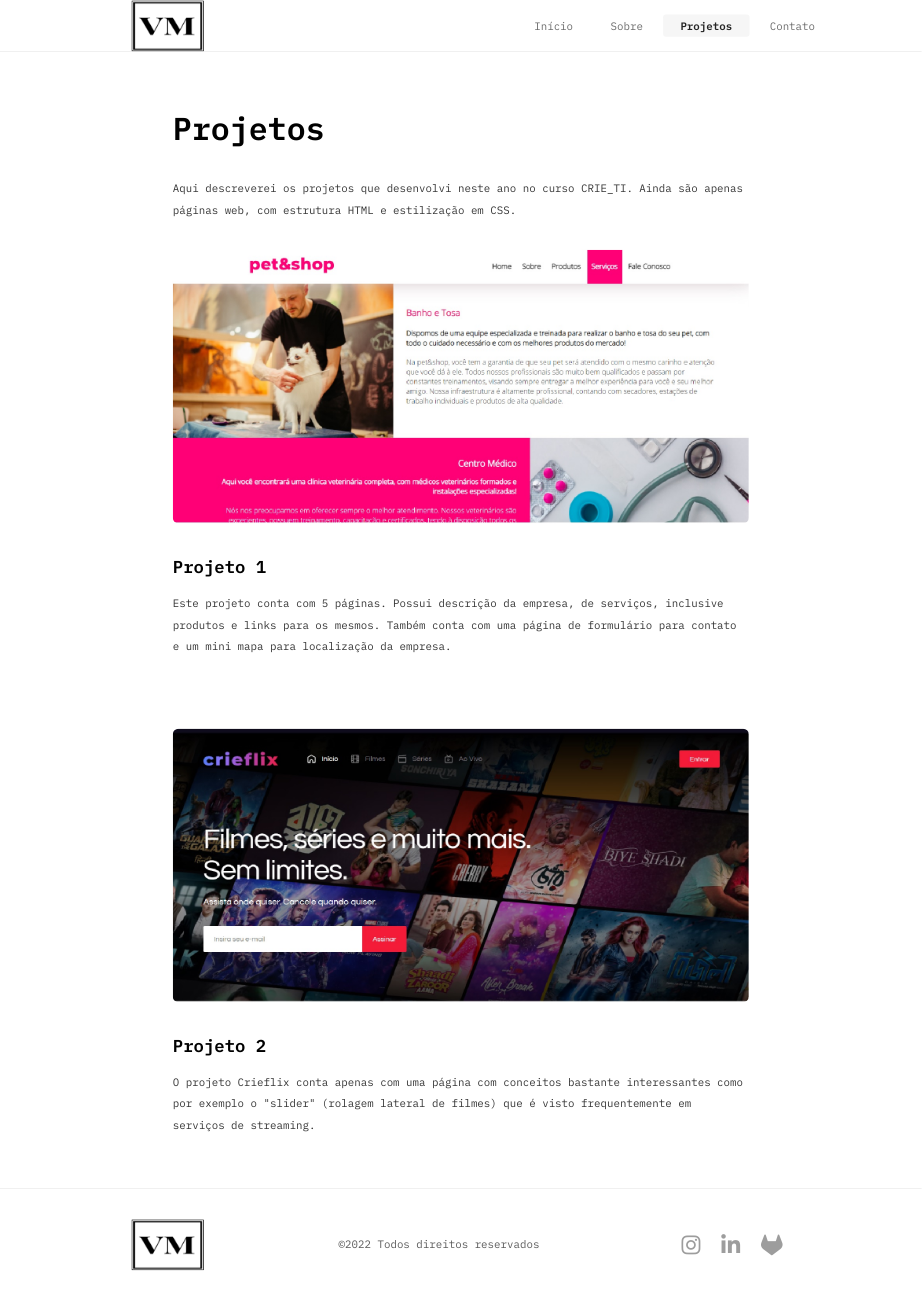
Repository: viictormatias/viictormatias.github.io
Page: projects.html
These files come from the project's save history. The page is drawn as it stood at one moment and after the next save; the edit follows.
The browser window is 1280 px wide. The pictures show the whole page, at 72% of full size.
Some web libraries are served in a nearby version.

Above is the page before, as saved 2023-01-23 07:28:32.

After the next save:
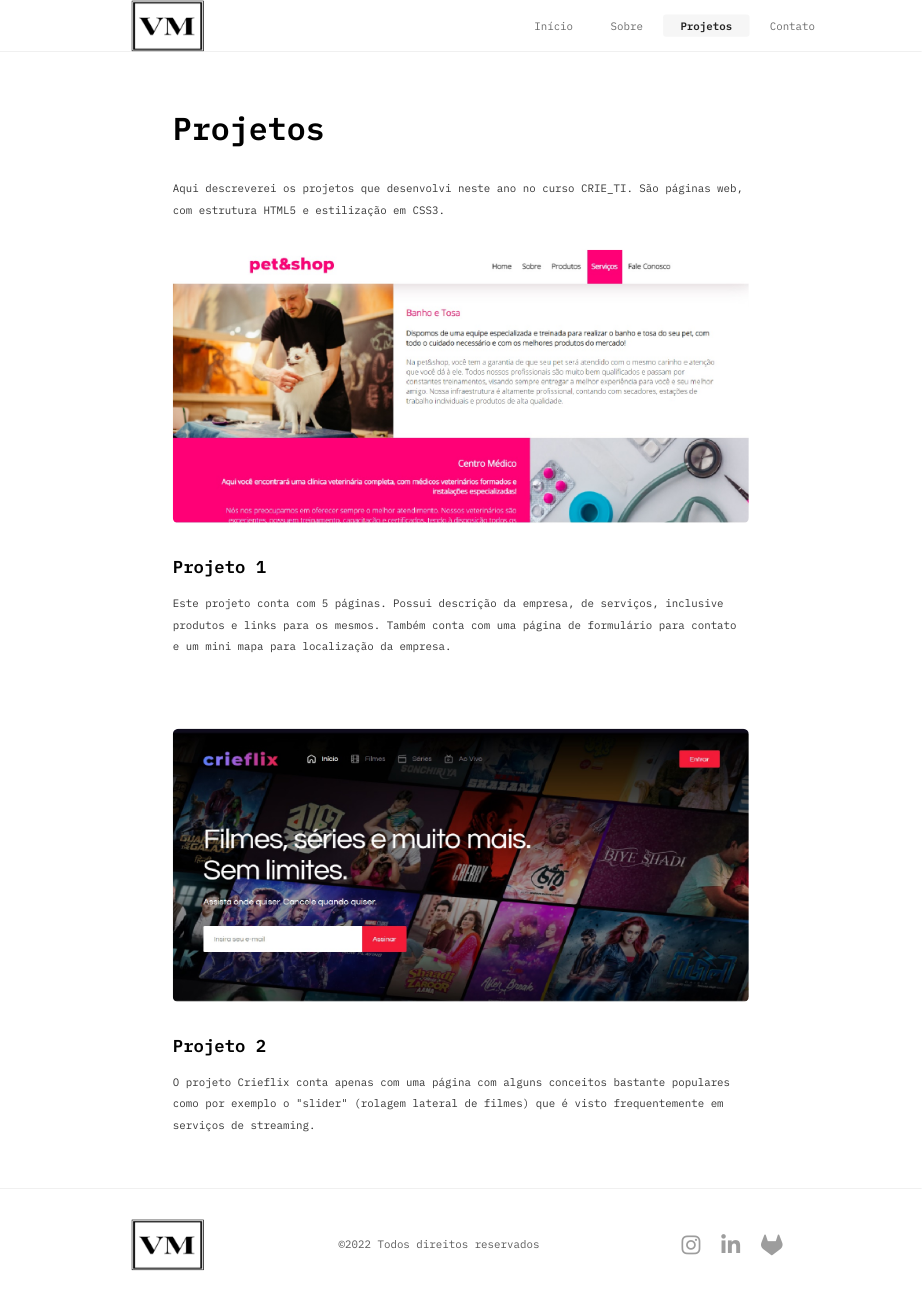
Saved 66 s later.
--- a/projects.html
+++ b/projects.html
@@ -43,7 +43,7 @@
     </header>
     <section class="projects__page">
         <h1 class="projects__h1">Projetos</h1>
-        <p class="projects__text">Aqui descreverei os projetos que desenvolvi neste ano no curso CRIE_TI. Ainda são apenas páginas web, com estrutura HTML e estilização em CSS.</p>
+        <p class="projects__text">Aqui descreverei os projetos que desenvolvi neste ano no curso CRIE_TI. São páginas web, com estrutura HTML5 e estilização em CSS3.</p>
     <div class="project__example">
         <img class="picture__project" src="./images/petshop.jpg"  width="1000px">
     </div>
@@ -56,7 +56,7 @@
     </div>
     <div class="project__desc__container__1">
         <h2 class="projects__title__1">Projeto 2</h2>
-        <p class="project__description">O projeto Crieflix conta apenas com uma página com conceitos bastante interessantes como por exemplo o "slider" (rolagem lateral de filmes) que é visto frequentemente em serviços de streaming.</p>
+        <p class="project__description">O projeto Crieflix conta apenas com uma página com alguns conceitos bastante populares como por exemplo o "slider" (rolagem lateral de filmes) que é visto frequentemente em serviços de streaming.</p>
     </div>
     </section>
 
